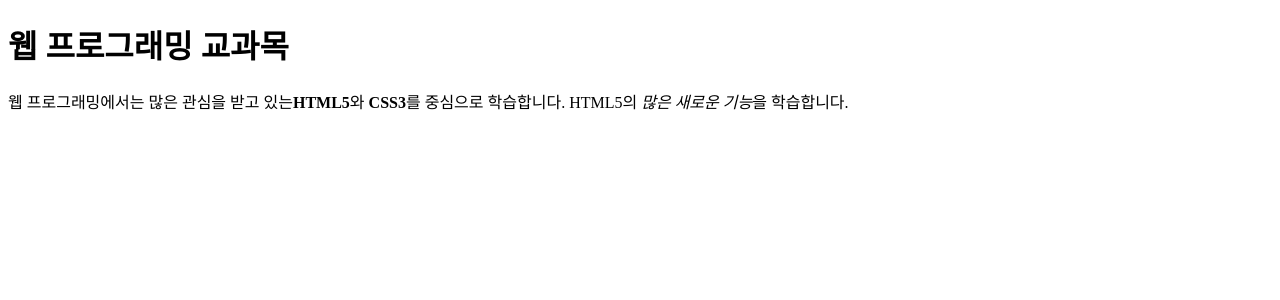
Repository: daehyeonhong/HTML
Page: exercise/WebContent/exercise0519/exercise011.html
An editor plug-in stored every save of this project. The page is shown before and after the next save, followed by the edit.
The browser window is 1280 px wide. The pictures show the whole page.

Above is the page before, as saved 2020-05-19 10:15:29.

### exercise/WebContent/exercise0519/exercise011.html
<!DOCTYPE html>
<html>
<head>
<meta charset="UTF-8">
<title>Insert title here</title>
</head>
<body>
	<h1>웹 프로그래밍 교과목</h1>

	<p>
		웹 프로그래밍에서는 많은 관심을 받고 있는<strong>HTML5</strong>와 <strong>CSS3</strong>를
		중심으로 학습합니다. HTML5의 <em>많은 새로운 기능</em>을 학습합니다.
	</p>
</body>
</html>

After the next save:
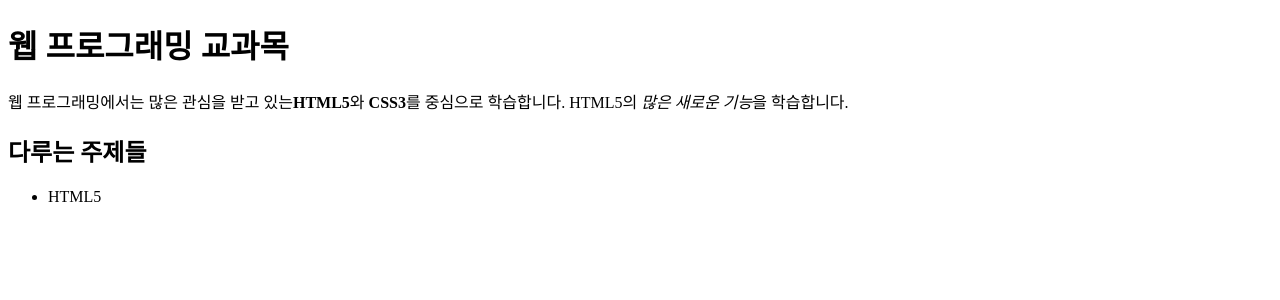
Saved 29 s later.
--- a/exercise/WebContent/exercise0519/exercise011.html
+++ b/exercise/WebContent/exercise0519/exercise011.html
@@ -11,5 +11,10 @@
 		웹 프로그래밍에서는 많은 관심을 받고 있는<strong>HTML5</strong>와 <strong>CSS3</strong>를
 		중심으로 학습합니다. HTML5의 <em>많은 새로운 기능</em>을 학습합니다.
 	</p>
+
+	<h2>다루는 주제들</h2>
+	<ul>
+		<li>HTML5
+	</ul>
 </body>
 </html>
